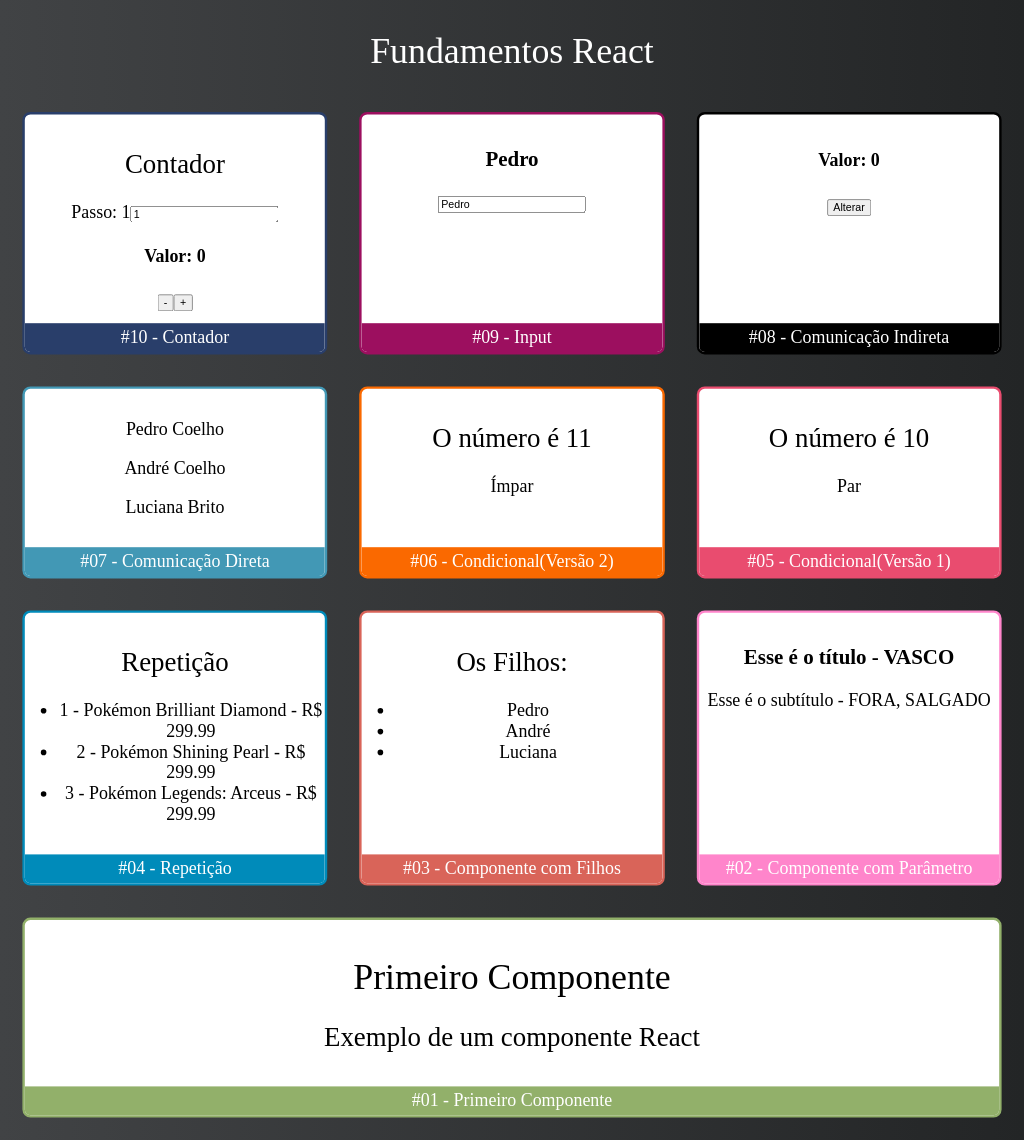
Repository: PedroHQCoelho/fundamentos-react
Page: /
The author's editor kept a copy of each file at every save. The page is drawn from the files as they stood at one save, then again after the next save.
The browser window is 1280 px wide. The pictures show the whole page, at 80% of full size.
The project was rebuilt for these pictures with package versions that can differ from the ones it lists, and the page was loaded fresh each time.

Above is the page before, as saved 2021-12-16 13:19:46.

After the next save:
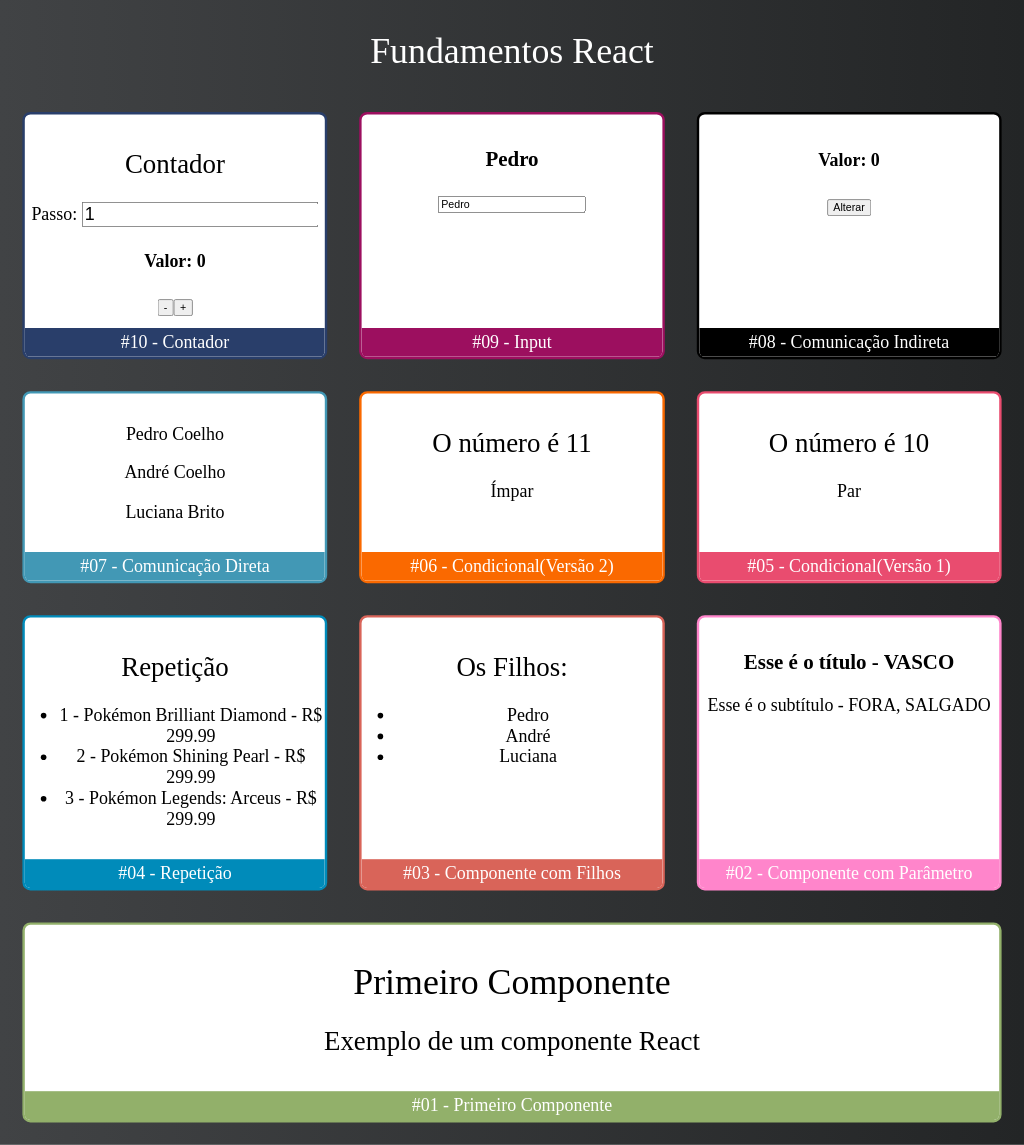
Saved 2 min 13 s later.
--- a/src/components/contador/Contador.jsx
+++ b/src/components/contador/Contador.jsx
@@ -24,8 +24,8 @@ export default class Contador extends Component {
             <div>
                 <h2>Contador</h2>
                 <div>
-                    <label for="passoInput">Passo: {this.state.passo}</label>
-                    <input id="passoInput" type="number"
+                    <label for="passoInput">Passo: </label>
+                    <input id="passoInput" type="number" style={{fontSize: '1.4rem'}}
                         value={this.state.passo}
                         onChange={e => this.setState({ passo: +e.target.value })}/>
                 </div>
